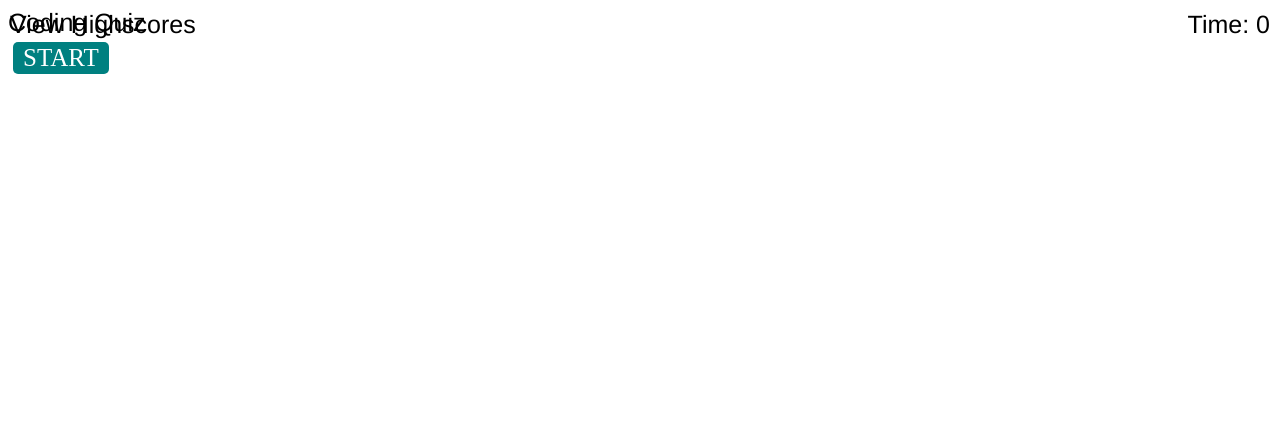
Repository: Vshepard879/Code-Quiz
Page: index.html
The author's editor kept a copy of each file at every save. The page is drawn from the files as they stood at one save, then again after the next save.
The browser window is 1280 px wide. The pictures show the whole page.

Above is the page before, as saved 2022-03-18 21:17:18.

After the next save:
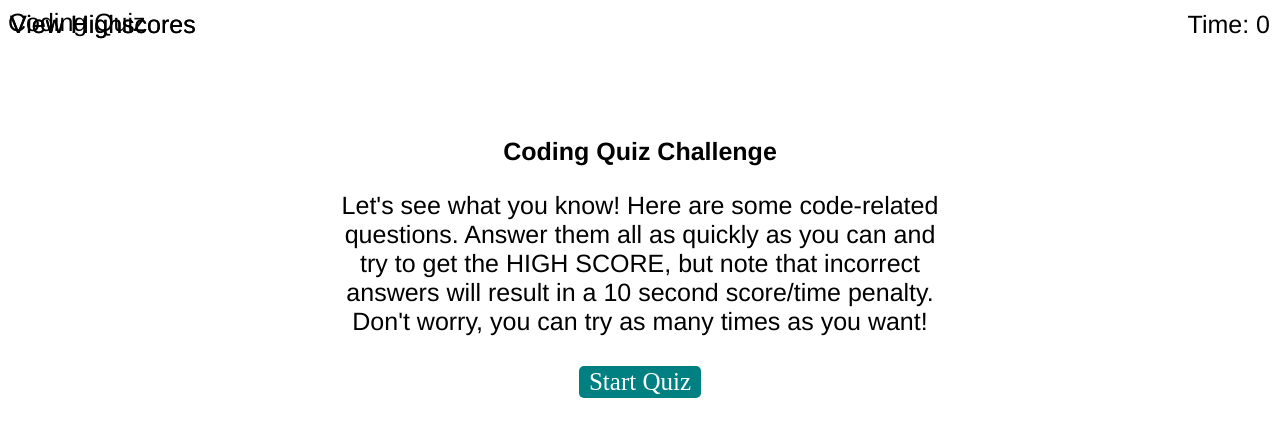
Console error: TypeError: Cannot read properties of null (reading 'addEventListener')
Not found: JS/questions.js
Saved 69 s later.
--- a/index.html
+++ b/index.html
@@ -12,26 +12,26 @@
 <body>
     <header>Coding Quiz</header>
     <div class ="scores"><a href="score.html">View Highscores</a></div>
+    <body>
+        <div class="scores"><a href="score.html">View Highscores</a></div>
 
-    <div class="timer">Time: <span id="time">0</span></div>
+        <div class="timer">Time: <span id="time">0</span></div>
 
-    <!--Start Quiz Container-->
-    <div class="container">
-        <div id="question-container" class="hide">
-                <div id="question">Question</div>
-                <div id="answer-buttons" class="btn-grid">
-                <button class="btn">Answer 1</button>
-                <button class="btn">Answer 2</button>
-                <button class="btn">Answer 3</button>
-                <button class="btn">Answer 4</button>
-            </div>
-        </div>
-        <div class="controls counts">
-            <button id="start-btn" class="start-btn btn">START</button>
-            <button id="next-btn" class="next-btn btn hide">Next</button>
-        </div>
+        <div class="wrapper">
+          <div id="start-screen" class="start">
+            <h1>Coding Quiz Challenge</h1>
+            <p>
+              Let's see what you know! Here are some code-related questions. Answer them all as quickly as you can and try to get the HIGH SCORE, but note that incorrect answers will result in a 10 second score/time penalty. Don't worry, you can try as many times as you want!
+            </p>
+            <button id="start">Start Quiz</button>
+          </div>
 
-        <div id="end-screen" class="hide">
+          <div id="questions" class="hide">
+            <h2 id="question-title"></h2>
+            <div id="choices" class="choices"></div>
+          </div>
+
+          <div id="end-screen" class="hide">
             <h2>All done!</h2>
             <p>Your final score is <span id="final-score"></span>.</p>
             <p>
@@ -41,7 +41,9 @@
           </div>
 
           <div id="feedback" class="feedback hide"></div>
+        </div>
 
-    </div>
-</body>
-</html>
+        <script src="./JS/questions.js"></script>
+        <script src="./JS/script.js"></script>
+      </body>
+    </html>
